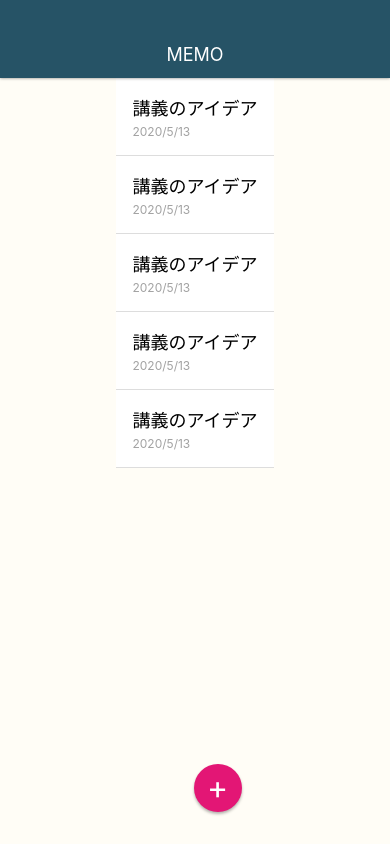
Repository: NagataRyuji0630/memo_app_for_reactNative
Page: /
An editor plug-in stored every save of this project. The page is shown before and after the next save, followed by the edit.
The browser window is 390 px wide. The pictures show the whole page.
The app was drawn by React Native's web renderer in a window 390 px wide. The project was rebuilt for these pictures with package versions that can differ from the ones it lists, and the page was loaded fresh each time.

Above is the page before, as saved 2020-05-14 08:52:46.

### App.js
import React from 'react';
import { StyleSheet, View } from 'react-native';
import AppBar from './src/components/AppBar';
import MemoListScreen from './src/screens/MemoListScreen'


export default class App extends React.Component {
  render() {
    return (
      <View style={styles.container}>
        <AppBar />
        <MemoListScreen />
      </View>
    );
  }
}

const styles = StyleSheet.create({
  container: {
    flex: 1,
    backgroundColor: '#FFFDF6',
    alignItems: 'center',
    justifyContent: 'center',
    paddingTop: 78,
  },
});

### src/components/AppBar.jsx
import React from 'react';
import { Component } from 'react';
import { StyleSheet, View, Text } from 'react-native';

const styles = StyleSheet.create({
    appbar: {
        position: 'absolute',
        top: 0,
        left: 0,
        right: 0,
        height: 78,
        paddingTop: 30,
        backgroundColor: '#265366',
        justifyContent: 'center',
        alignItems: 'center',
        shadowColor: '#000',
        shadowOffset: { width: 0, height: 0 },
        shadowOpacity: 0.5,
        shadowRadius: 3,
        zIndex: 10,
    },
    appbarTitle: {
        color: '#fff',
        fontSize: 18,
    },
});

class AppBar extends Component {
    render() {
        return (
            <View style={styles.appbar}>
                <View>
                    <Text style={styles.appbarTitle}>MEMO</Text>
                </View>
            </View>
        );
    }
}

export default AppBar;

### src/screens/MemoListScreen.jsx
import React from 'react';
import { Component } from 'react';
import { StyleSheet ,View } from 'react-native';
import MemoList from '../components/MemoList';
import CircleBtn from '../elements/CircleBtn';


const styles = StyleSheet.create({
    container: {
        flex: 1,
        widrh: '100%',
    },
});

class MemoListScreen extends Component {
    render() {
        return (
            <View style={styles.container}>
                <MemoList />
                <CircleBtn>+</CircleBtn>
            </View>
        );
    }
}

export default MemoListScreen;

### src/components/MemoList.jsx
import React from 'react';
import { Component } from 'react';
import { StyleSheet, View, Text } from 'react-native';

const styles = StyleSheet.create({
    memoList: {
        width: '100%',
        flex: 1,
    },
    memoListItem: {
        padding: 16,
        borderBottomWidth: 1,
        borderBottomColor: '#ddd',
        backgroundColor: 'white',
    },
    memoTitle: {
        fontSize: 18,
        marginBottom: 4,
    },
    memoDate: {
        fontSize: 12,
        color: '#a2a2a2'
    },
});

class MemoList extends Component {
    render() {
        return (
            <View style={styles.memoList}>
                <View style={styles.memoListItem}>
                    <Text style={styles.memoTitle}>講義のアイデア</Text>
                    <Text style={styles.memoDate}>2020/5/13</Text>
                </View>
                <View style={styles.memoListItem}>
                    <Text style={styles.memoTitle}>講義のアイデア</Text>
                    <Text style={styles.memoDate}>2020/5/13</Text>
                </View>
                <View style={styles.memoListItem}>
                    <Text style={styles.memoTitle}>講義のアイデア</Text>
                    <Text style={styles.memoDate}>2020/5/13</Text>
                </View>
                <View style={styles.memoListItem}>
                    <Text style={styles.memoTitle}>講義のアイデア</Text>
                    <Text style={styles.memoDate}>2020/5/13</Text>
                </View>
                <View style={styles.memoListItem}>
                    <Text style={styles.memoTitle}>講義のアイデア</Text>
                    <Text style={styles.memoDate}>2020/5/13</Text>
                </View>
            </View>
        );
    }
}

export default MemoList;

### src/elements/CircleBtn.jsx
import React from 'react';
import { Component } from 'react';
import { StyleSheet, View, Text } from 'react-native';

const styles = StyleSheet.create({
    circleBtn: {
        position: 'absolute',
        bottom: 32,
        right: 32,
        width: 48,
        height: 48,
        backgroundColor: '#E31675',
        borderRadius: 24,
        justifyContent: 'center',
        alignItems: 'center',
        shadowColor: '#000',
        shadowOffset: { width: 0, height: 2 },
        shadowOpacity: 0.3,
        shadowRadius: 3,
    },
    circleBtnTitle: {
        fontSize: 32,
        lineHeight: 32,
        color: 'white',
    }
});

class CircleBtn extends Component {
    render() {
        return (
            <View style={styles.circleBtn}>
                <Text style={styles.circleBtnTitle}>{this.props.children}</Text>
            </View>
        );
    }
}

export default CircleBtn;

After the next save:
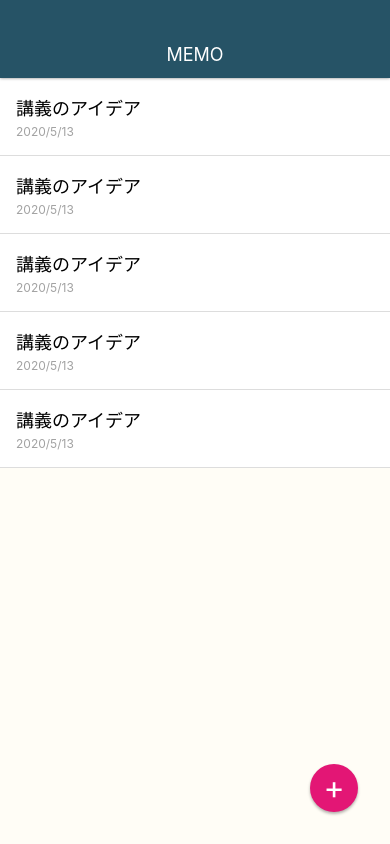
Saved 8 s later.
--- a/src/screens/MemoListScreen.jsx
+++ b/src/screens/MemoListScreen.jsx
@@ -8,7 +8,7 @@ import CircleBtn from '../elements/CircleBtn';
 const styles = StyleSheet.create({
     container: {
         flex: 1,
-        widrh: '100%',
+        width: '100%',
     },
 });
 
